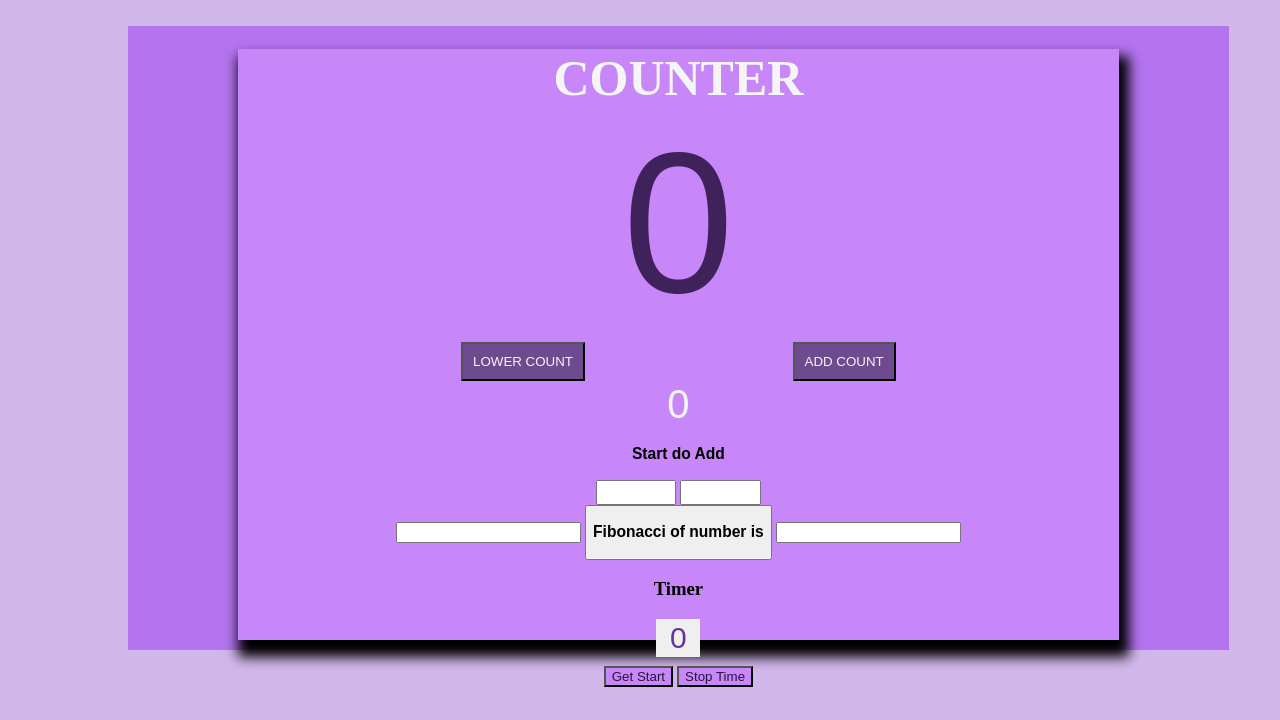
Repository: AnahitKhechumyan/Counter
Page: index.html
The author's editor kept a copy of each file at every save. The page is drawn from the files as they stood at one save, then again after the next save.
The browser window is 1280 px wide. The pictures show the whole page.

Above is the page before, as saved 2022-02-15 23:48:08.

### index.html
<!DOCTYPE html>
<html lang="en">
<head>
    <meta charset="UTF-8">
    <meta http-equiv="X-UA-Compatible" content="IE=edge">
    <meta name="viewport" content="width=device-width, initial-scale=1.0">
    <link rel="stylesheet" href="style.css">
    <title>Counter</title>
</head>
<body>
    <div class="container">
       <div class="main">
            <div class="header">COUNTER</div>
            <button class= "counter">0</button>
            <div class = "change">
                 <button class ="decrement" type="button">LOWER COUNT</button>
                 <button class ="increment" type="button">ADD COUNT</button>
            </div>
            <button class= "sum">0</button> <br>
            <button class= "add" type="button"><h3>Start do Add</h3></button>
            <div >
                <input class ="firstInput" type="text" />
                <input class ="secondInput" type = "text"/>
           </div>
           <input class= "inputNumber" type="text"/>
           <button class= "fibonacci" type="button"><h3>Fibonacci of number is</h3></button>
           <input class= "inputFibonacci" type="text"/>
           <h3>Timer</h3>
           <button class= "timer">0</button>
            <div>
                <button class ="getTime">Get Start</button>
                <button class ="stopTime">Stop Time</button>
           </div>
        </div>
    </div>
    <script src= "script.js"></script>
</body>
</html>

### style.css
body{
    margin: 0;
    background-color: rgb(210, 183, 235);
}
.container{
    background-color: rgb(180, 116, 240);
    width: 86%;
    height: 85vh;
    margin: 2% 10%;
    padding-top: 1%;

}
.main{
    background-color: rgb(199, 135, 248);
    width: 80%;
    height: 82vh;
    margin: 1% 10%;
    box-shadow: 5px 12px 12px 5px;
    text-align: center;
}
.header{
    text-align: center;
    color:whitesmoke;
    font-size: 50px;
    font-weight: 700;
}

.counter{
    border:none;
    font-size:200px;
    color:rgb(63, 33, 92);
    background-color:rgb(199, 135, 248) ;

}
 .change{
     background-color:  rgb(199, 135, 248);
     font-size: 30px;
 }
.decrement{
    padding:10px;
    margin-right: 100px;
   background-color: rgb(110, 74, 143);
   color:whitesmoke;
}
.decrement:hover{
    background-color:whitesmoke;
    color:rgb(110, 74, 143);
    cursor:pointer;
}
.increment{
    padding:10px;
    margin-left: 100px;
    background-color: rgb(110, 74, 143);
    color:whitesmoke;
}
.increment:hover{
    background-color:whitesmoke;
    color:rgb(110, 74, 143);
    cursor:pointer;
}
.sum{
    border:none;
    background-color: rgb(199, 135, 248);
    color:whitesmoke;
    font-size: 40px;
}
.firstInput, .secondInput{
    width: 8%;
    padding:3px;
}
.timer{
    padding:2px 3px;
    font-size: 30px;
   width: 5%;
   border:none;
   color:rebeccapurple;
}

.getTime, .stopTime{
    margin-top:1%;
    background-color:rgb(199, 135, 248);
    color:rgb(41, 20, 61);
    cursor:pointer;
}
.getTime:hover, .stopTime:hover{
    background-color: whitesmoke;
    font-weight: 200;
}
h3{
    cursor:pointer;
}
.add{
    border:none;
    background-color: rgb(199, 135, 248);
}

### script.js
let counterElem = document.querySelector('.counter');
let addCount = document.querySelector('.increment');
let lowerCount =document.querySelector('.decrement');
let getTimer = document.querySelector('.getTime');
let stopTimer = document.querySelector('.stopTime');
let goTimer = document.querySelector('.timer');
let startAdd = document.querySelector('.add');
let addSum = document.querySelector('.sum');
let firstNum = document.querySelector('.firstInput');
let secondNum = document.querySelector('.secondInput');


    let count = 0;
    updateDisplay();

 addCount.addEventListener("click",()=>{
    count++;
    updateDisplay();
});
lowerCount.addEventListener("click",()=>{
    count--;
    updateDisplay();
});

function updateDisplay(){
    counterElem.innerHTML = count;
};


startAdd.addEventListener("click",()=>{
    let x = firstNum.value;
    let y = secondNum.value;
   addSum.innerHTML = add(x)(y);
   firstNum.value= " ";
   secondNum.value = " ";

});

 let sum = 0;
function add(x){
    return  function(y){
     return Number(x) + Number(y);
    }
};


    countTime=0;
 function getTime(){
    countTime++;
    goTimer.innerHTML = countTime;
 }
   let timer = 0;
  getTimer.addEventListener("click",()=>{
    timer = setInterval(getTime,1000);
});

stopTimer.addEventListener("click",()=>{
    clearInterval(timer);
    countTime = 0;
    goTimer.innerHTML = 0;
});

After the next save:
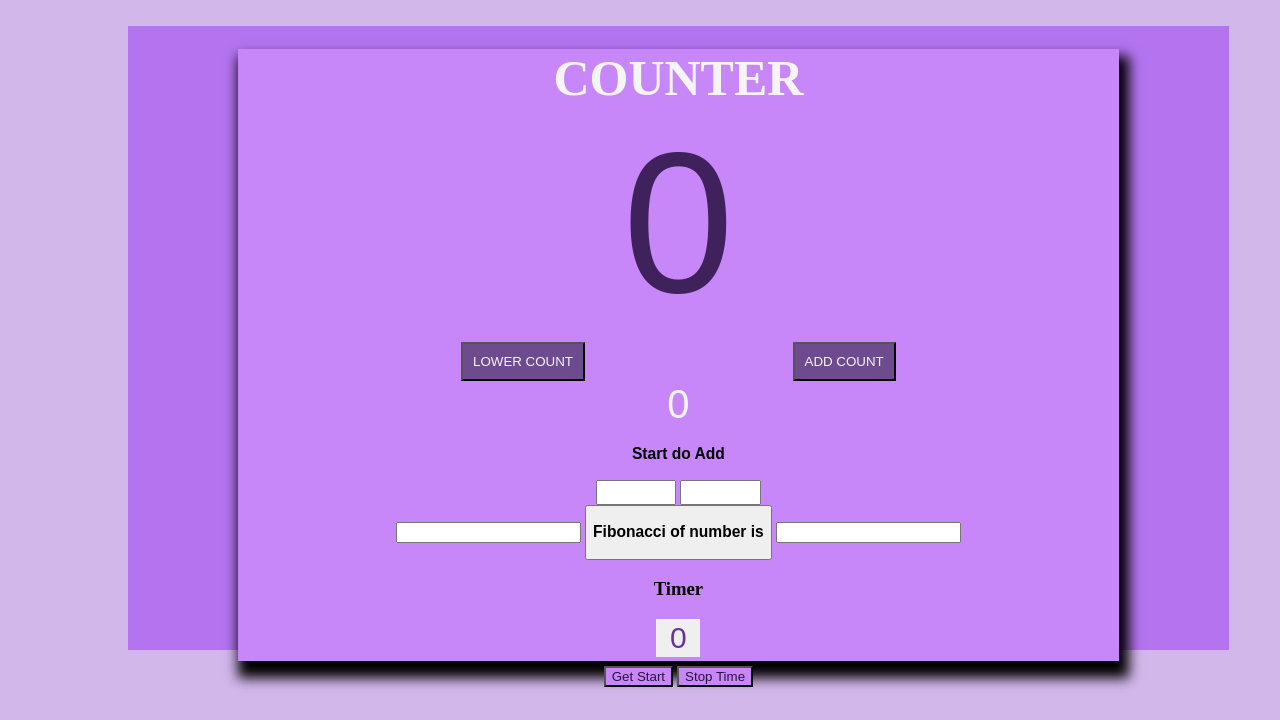
Saved 15 s later.
--- a/style.css
+++ b/style.css
@@ -13,7 +13,7 @@ body{
 .main{
     background-color: rgb(199, 135, 248);
     width: 80%;
-    height: 82vh;
+    height: 85vh;
     margin: 1% 10%;
     box-shadow: 5px 12px 12px 5px;
     text-align: center;
